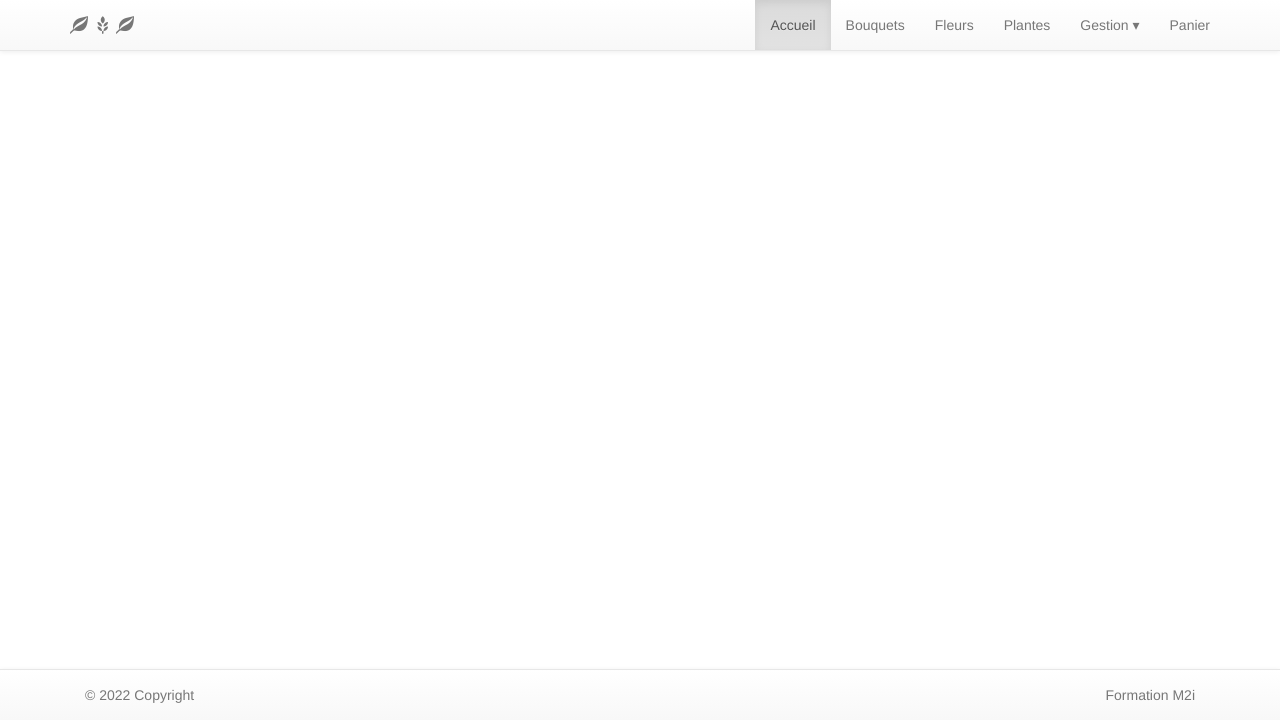
Repository: JeremT8/JavaFleuristeProject
Page: tp-fleuriste/src/main/webapp/index.html
The author's editor kept a copy of each file at every save. The page is drawn from the files as they stood at one save, then again after a run of saves.
The browser window is 1280 px wide. The pictures show the whole page.
Some web libraries are served in a nearby version.

Above is the page before, as saved 2022-05-16 12:55:51.

### tp-fleuriste/src/main/webapp/index.html
<!DOCTYPE html>
<html>
<head>
<meta charset="UTF-8">
<title>Flow Hearts</title>
<link rel="stylesheet"
	href="https://maxcdn.bootstrapcdn.com/bootstrap/3.3.7/css/bootstrap.min.css">
<link rel="stylesheet"
	href="https://maxcdn.bootstrapcdn.com/bootstrap/3.3.7/css/bootstrap-theme.min.css">
<script
	src="https://ajax.googleapis.com/ajax/libs/jquery/3.1.1/jquery.min.js"></script>
<script
	src="https://maxcdn.bootstrapcdn.com/bootstrap/3.3.7/js/bootstrap.min.js"></script>
<link rel="apple-touch-icon" sizes="76x76" href="/apple-touch-icon.png">
<link rel="icon" type="image/png" sizes="32x32" href="/favicon-32x32.png">
<link rel="icon" type="image/png" sizes="16x16" href="/favicon-16x16.png">
<link rel="manifest" href="/site.webmanifest">
<link rel="mask-icon" href="/safari-pinned-tab.svg" color="#5bbad5">
<meta name="msapplication-TileColor" content="#da532c">
<meta name="theme-color" content="#ffffff">
<link rel="stylesheet" href="css/commun.css">
</head>
<body>
	<nav class="navbar navbar-default navbar-fixed-top">
		<div class="container">
			<div class="navbar-header">
				<a href="index.html" class="navbar-brand active"> <span
					class="glyphicon glyphicon-leaf rotate-leaf"></span> <span
					class="glyphicon glyphicon-grain"></span> <span
					class="glyphicon glyphicon-leaf"></span>
				</a>
				<button class="navbar-toggle" type="button" data-toggle="collapse"
					data-target="#navbar-main">
					<span class="icon-bar"></span> <span class="icon-bar"></span> <span
						class="icon-bar"></span>
				</button>
			</div>
			<div class="navbar-collapse collapse" id="navbar-main">
				<ul class="nav navbar-nav navbar-right">
					<li class="active"><a href="#">Accueil</a></li>
					<li><a href="films.html">Bouquets</a></li>
					<li><a href="ajout.html">Fleurs</a></li>
					<li><a href="styles.html">Plantes</a></li>
					<li class="nav-item dropdown"><a
						class="nav-link dropdown-toggle" href="#" id="navbarDropdown"
						role="button" data-toggle="dropdown" aria-haspopup="true"
						aria-expanded="false"> Gestion ▾ </a>
						<div class="dropdown-menu" aria-labelledby="navbarDropdown">
							<a class="dropdown-item" href="#">Plantes</a>
							<div class="dropdown-divider"></div>
							<a class="dropdown-item" href="#">Fleurs</a>
							<div class="dropdown-divider"></div>
							<a class="dropdown-item" href="#">Bouquets</a>
							<div class="dropdown-divider"></div>
							<a class="dropdown-item" href="#">Saisons</a>
							<div class="dropdown-divider"></div>
							<a class="dropdown-item" href="#">Styles</a>
						</div></li>
					<li><a href="styles.html">Panier</a></li>
				</ul>
			</div>
		</div>
	</nav>




	<nav class="navbar navbar-default navbar-fixed-bottom">
		<div class="container">
			<ul class="nav navbar-nav  navbar-foot">
				<li class="pull-left"><a>© 2022 Copyright</a></li>
				<li class="pull-right"><a>Formation M2i</a></li>
			</ul>
		</div>
	</nav>

</body>
</html>

### tp-fleuriste/src/main/webapp/css/commun.css
body {
	padding-top: 70px;
	padding-bottom: 70px;

}

.navbar-foot {
	width: 100%;
}

.rouge {
	color: red;
}

.vert {
	color: green;
}

.bleu, .glyphicon-shopping-cart {
	color: #337ab7;
}
.gros{
	font-size: 1.0em;
	padding-left: 15px;
	padding-right: 15px;
}
.glyphicon-menu-up, .glyphicon-menu-down{
	font-size: 0.7em;
}
.supp, .modif, .tri{
/* 	cursor:crosshair;	 */
	cursor:pointer;
}

textarea.noresize{
	resize: none;
}

#map{
	width : 100%;
	height : 400px;
	border : 1px solid #337ab7;
}

.icon-flipped {
transform: scaleX(-1);
-moz-transform: scaleX(-1);
-webkit-transform: scaleX(-1);
-ms-transform: scaleX(-1);
}


.bottle{
	display: inline-block !important;
}

a.dropdown-item {
	color: black;
	text-decoration: none;
}

After the next 2 saves:
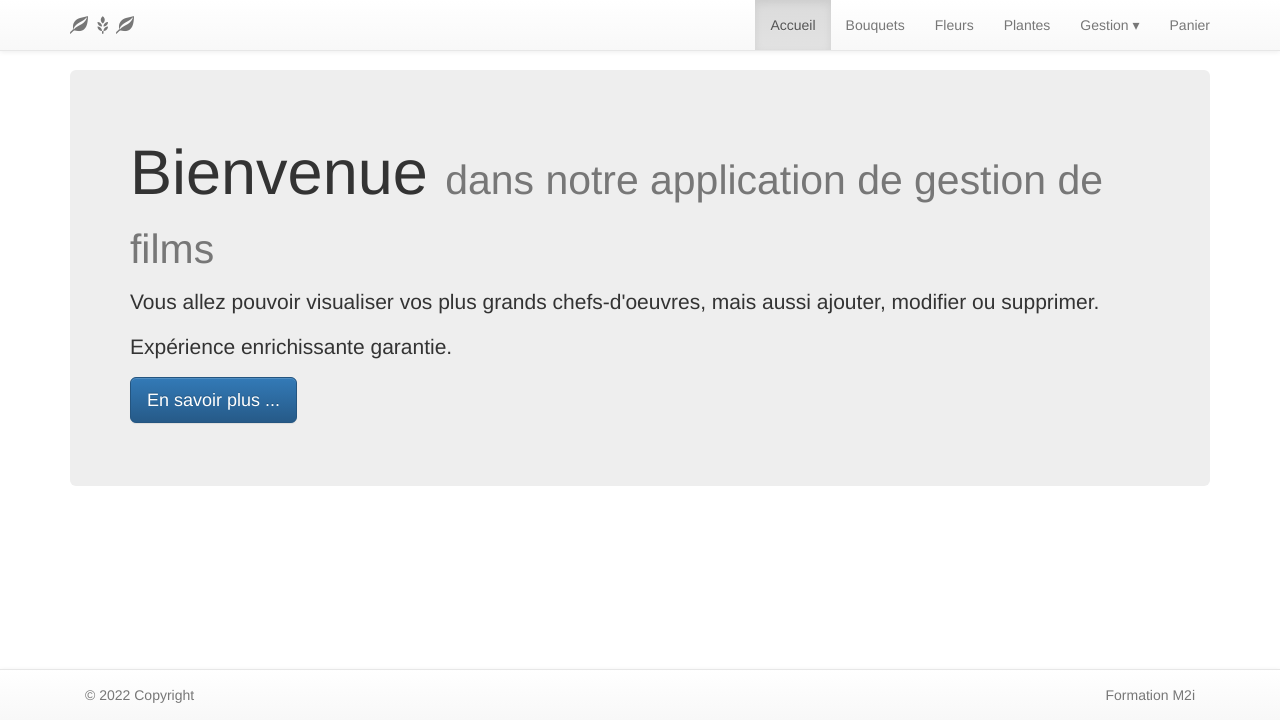
The 2 saves are shown as one change because they came seconds apart.
The last was saved 36 s later.
--- a/tp-fleuriste/src/main/webapp/index.html
+++ b/tp-fleuriste/src/main/webapp/index.html
@@ -12,8 +12,10 @@
 <script
 	src="https://maxcdn.bootstrapcdn.com/bootstrap/3.3.7/js/bootstrap.min.js"></script>
 <link rel="apple-touch-icon" sizes="76x76" href="/apple-touch-icon.png">
-<link rel="icon" type="image/png" sizes="32x32" href="/favicon-32x32.png">
-<link rel="icon" type="image/png" sizes="16x16" href="/favicon-16x16.png">
+<link rel="icon" type="image/png" sizes="32x32"
+	href="/favicon-32x32.png">
+<link rel="icon" type="image/png" sizes="16x16"
+	href="/favicon-16x16.png">
 <link rel="manifest" href="/site.webmanifest">
 <link rel="mask-icon" href="/safari-pinned-tab.svg" color="#5bbad5">
 <meta name="msapplication-TileColor" content="#da532c">
@@ -62,8 +64,20 @@
 		</div>
 	</nav>
 
-
-
+	<div class="container">
+		<div class="jumbotron">
+			<h1>
+				Bienvenue <small>dans notre application de gestion de films</small>
+			</h1>
+			<p>Vous allez pouvoir visualiser vos plus grands chefs-d'oeuvres,
+				mais aussi ajouter, modifier ou supprimer.</p>
+			<p>Expérience enrichissante garantie.</p>
+			<p>
+				<a class="btn btn-primary btn-lg" role="button" href="films.html">En
+					savoir plus ...</a>
+			</p>
+		</div>
+	</div>
 
 	<nav class="navbar navbar-default navbar-fixed-bottom">
 		<div class="container">
